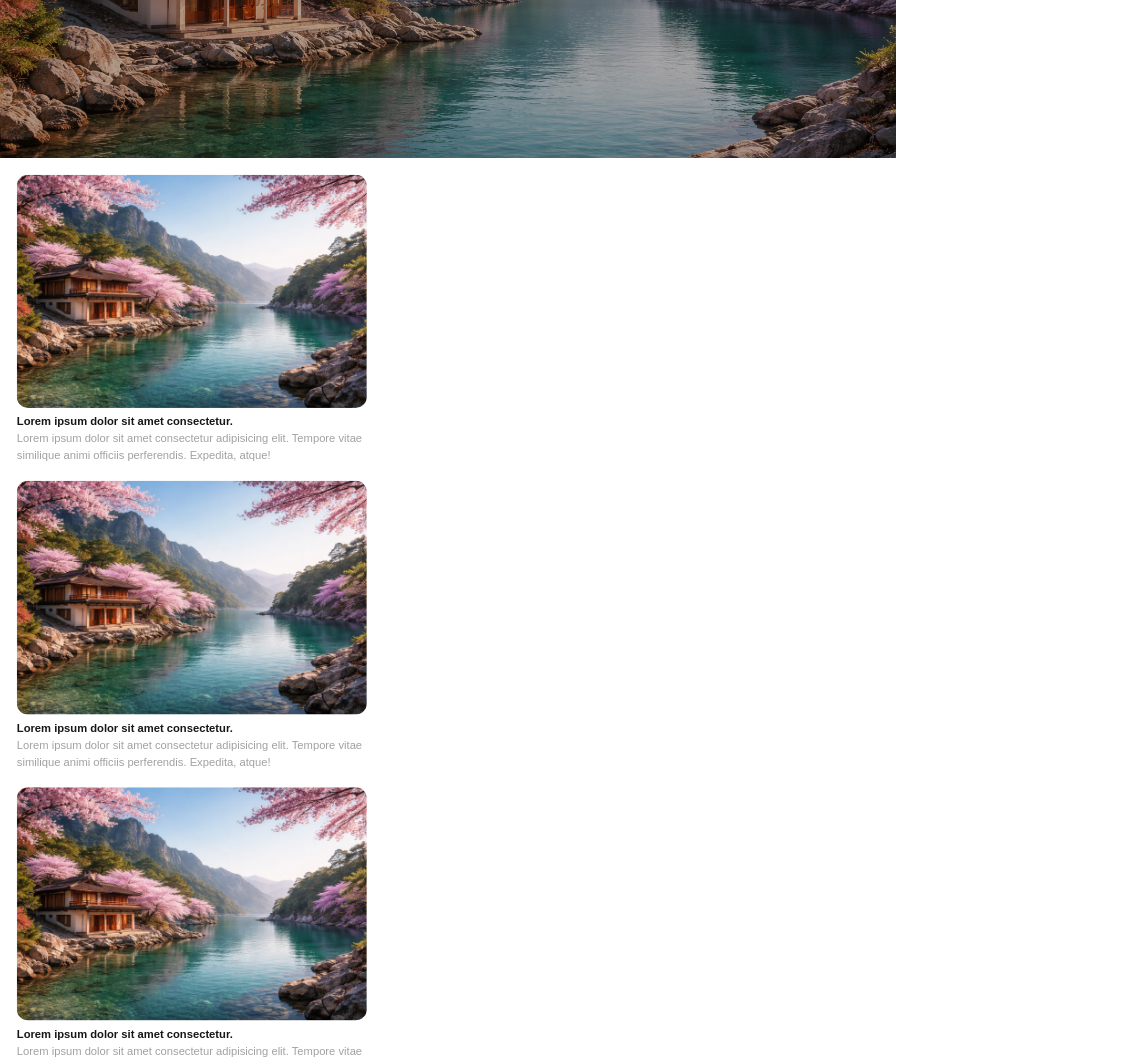
Repository: pedroantoniosi/tripicon-site
Page: /home
An editor plug-in stored every save of this project. The page is shown before and after the next save, followed by the edit.
The browser window is 1280 px wide. The page is 1640 px wide, then 1280 px, so the pictures cover 1640 px, including what lies to the right of the window. The pictures show the part of the page from y = 494 to 2014 px (the page is 4680 px tall before and 3368 px after), at 70% of full size.
The project was rebuilt for these pictures with package versions that can differ from the ones it lists, and the page was loaded fresh each time. The framework's server and built-in components were replaced by stand-ins that run in the browser. Also part of the build but not shown: next.config.ts.

Above is the page before, as saved 2026-04-01 20:54:03.

After the next save:
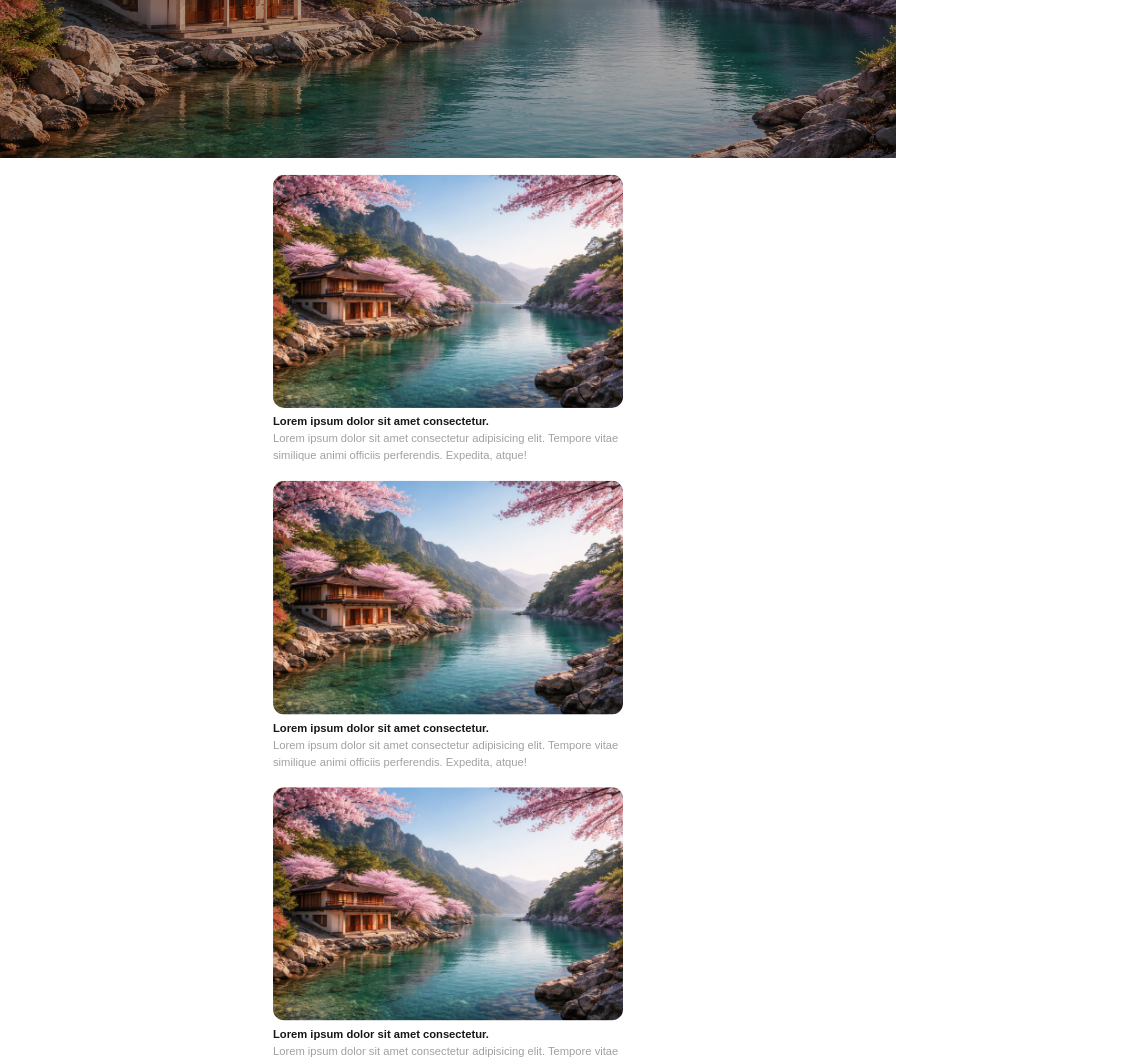
Saved 43 s later.
--- a/src/app/home/page.tsx
+++ b/src/app/home/page.tsx
@@ -84,7 +84,7 @@ export default function Home() {
         </section>
 
         {/* Sessão de planos de viagens */}
-        <section className="p-2 lg:p-8">
+        {/* <section className="p-2 lg:p-8">
           <h2 className="font-bold text-3xl py-2">Conheça Nossas Viagens</h2>
           <div>
             <Slider
@@ -108,10 +108,10 @@ export default function Home() {
               )}
             />
           </div>
-        </section>
+        </section> */}
 
         {/* Sessão de planos de viagens */}
-        <section className="p-2 lg:p-8">
+        {/* <section className="p-2 lg:p-8">
           <h2 className="font-bold text-3xl py-2">Escolha sua nova aventura</h2>
           <div>
             <Slider
@@ -135,10 +135,10 @@ export default function Home() {
               )}
             />
           </div>
-        </section>
+        </section> */}
 
         {/* Sessão de planos de viagens */}
-        <div className="p-2 lg:p-8">
+        {/* <div className="p-2 lg:p-8">
           <div className="flex flex-wrap gap-2">
             <Slider
               data={reviews}
@@ -165,7 +165,7 @@ export default function Home() {
               )}
             />
           </div>
-        </div>
+        </div> */}
       </Container>
     </>
   );
